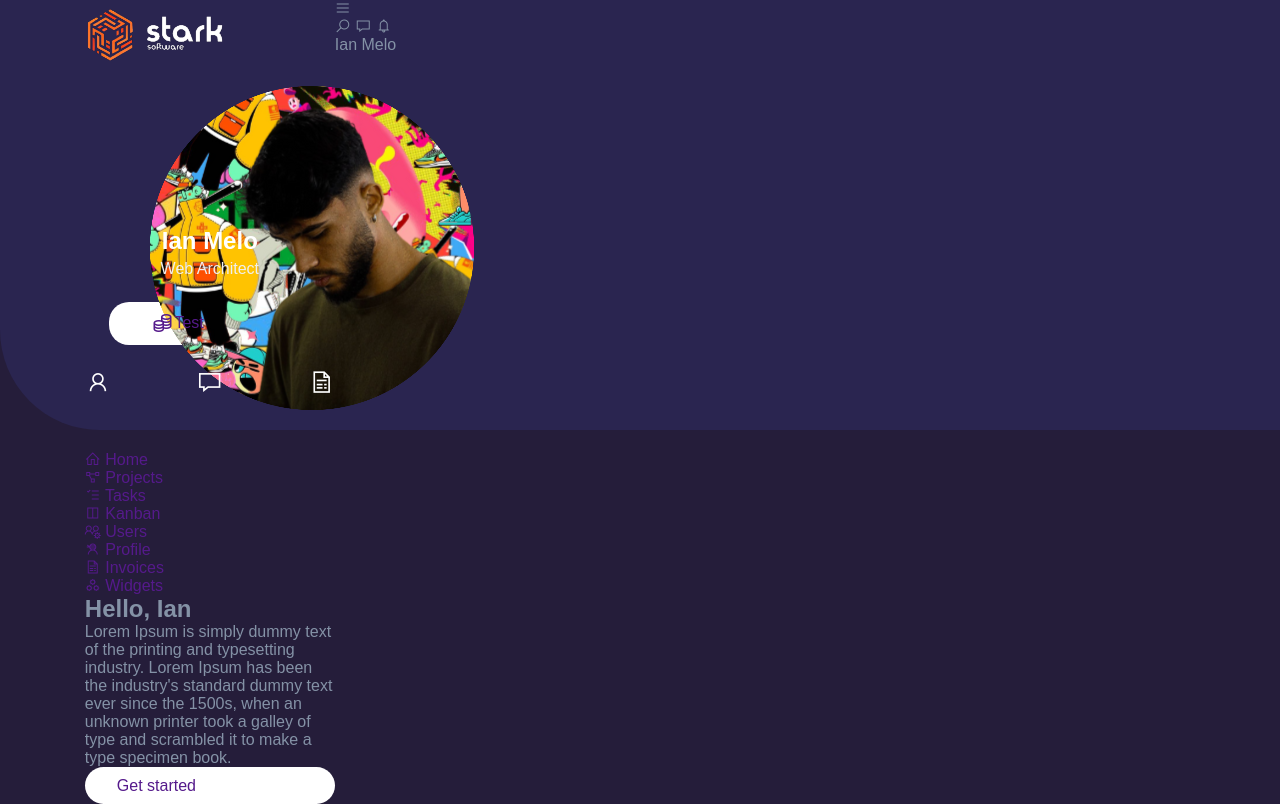
Repository: ichumbo/StarkDashboard
Page: index.html
The author's editor kept a copy of each file at every save. The page is drawn from the files as they stood at one save, then again after the next save.
The browser window is 1280 px wide. The pictures show the whole page.
Pictures or frames that could not be fetched are drawn as grey boxes.

Above is the page before, as saved 2023-06-06 17:11:08.

After the next save:
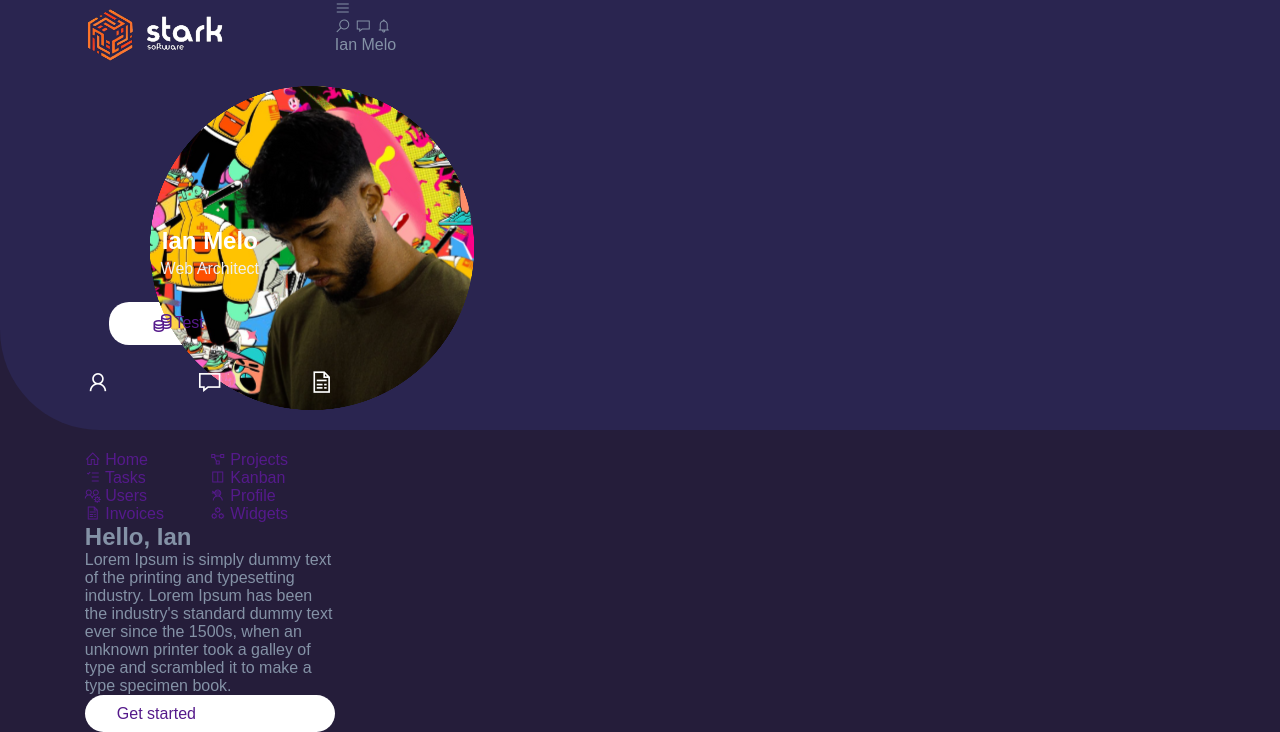
Saved 5 min 49 s later.
--- a/css/sidebar.css
+++ b/css/sidebar.css
@@ -62,3 +62,8 @@
 }
 
 /*-----------------------------------------------MENU----------------------------------------------*/
+
+.sidebar-menu {
+    display: grid;
+    grid-template-columns: repeat(2, 1fr);
+}
